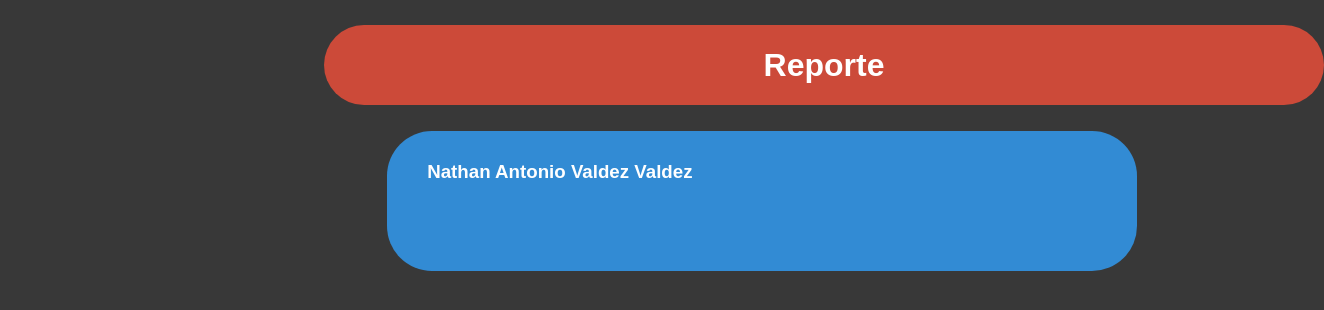
Repository: nathanvdev/LFP_PR_202001568
Page: plantilla.html
An editor plug-in stored every save of this project. The page is shown before and after the next save, followed by the edit.
The browser window is 1280 px wide. The page is 1324 px wide, so the pictures cover 1324 px, including what lies to the right of the window. The pictures show the whole page.

Above is the page before, as saved 2022-02-19 18:51:38.

### plantilla.html

<!DOCTYPE html>
<html lang="en">
<head>
    <meta charset="UTF-8">
    <meta http-equiv="X-UA-Compatible" content="IE=edge">
    <meta name="viewport" content="width=device-width, initial-scale=1.0">
    <title>Document</title>
</head>
<style>
    body{
        font-family: sans-serif;
    }
    .titlebox{
        background-color: rgb(204, 74, 57);
        height: 80px;
        width: 1000px;
        margin: 2%;
        margin-left: 25%;
        border-radius: 45px;


        display: flex;
        justify-content: center;
    }
    .PersonalInfo{
        background-color: rgb(50, 139, 212);
        height: 140px;
        width: 750px;
        margin: 2%;
        margin-left: 30%;
        border-radius: 45px;

    }
</style>
<body style="background-color: rgb(56, 56, 56);">
    <div class="titlebox">
        <h1 style="color: white;">Reporte</h1>
    </div>
    <div class="PersonalInfo">
        <h3 style="color: white; padding-left: 40px;
        padding-top: 30px;">
            Nathan Antonio Valdez Valdez
        </h3>
    </div>
</body>
</html>

After the next save:
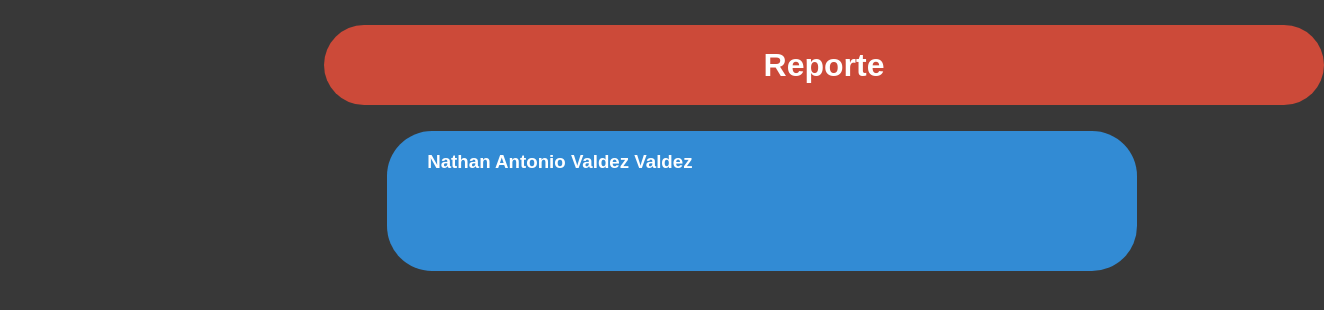
Saved 7 s later.
--- a/plantilla.html
+++ b/plantilla.html
@@ -39,7 +39,7 @@
     </div>
     <div class="PersonalInfo">
         <h3 style="color: white; padding-left: 40px;
-        padding-top: 30px;">
+        padding-top: 20px;">
             Nathan Antonio Valdez Valdez
         </h3>
     </div>
